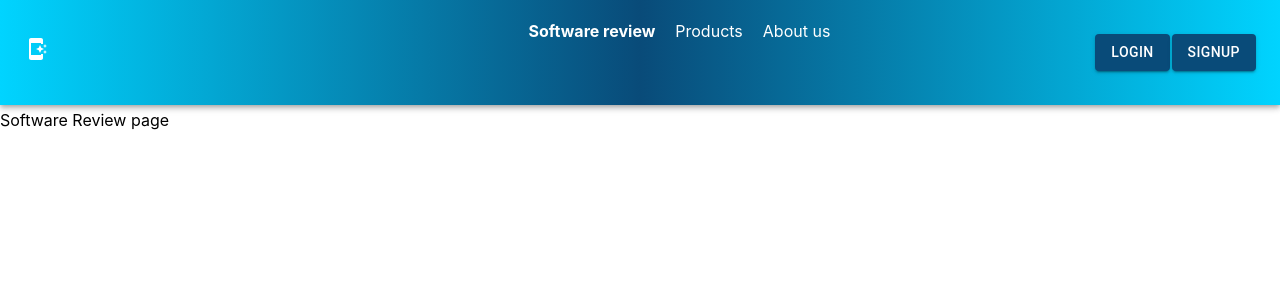
Repository: Alaa-M1/phoenix-products-reactjs-mui
Page: /
The author's editor kept a copy of each file at every save. The page is drawn from the files as they stood at one save, then again after the next save.
The browser window is 1280 px wide. The pictures show the whole page.
The project was rebuilt for these pictures with package versions that can differ from the ones it lists, and the page was loaded fresh each time. Also part of the build but not shown: src/App.css, src/pages/Products/index.tsx, src/pages/AboutUs/index.tsx.

Above is the page before, as saved 2023-04-18 21:05:37.

After the next save:
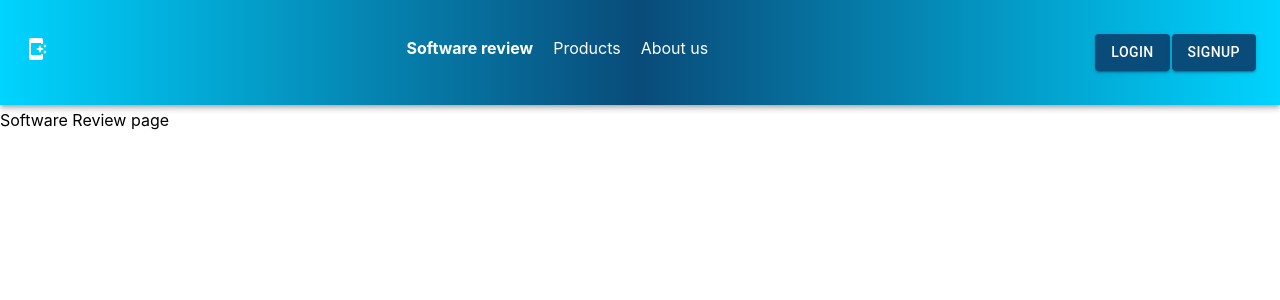
Saved 58 s later.
--- a/src/shared/StyledNav.tsx
+++ b/src/shared/StyledNav.tsx
@@ -8,7 +8,7 @@ height: 85px;
 ul {
   display: inline-block;
   width: auto;
-  margin-left: auto;
+  margin: auto;
 }
 li {
   margin-left: auto;
